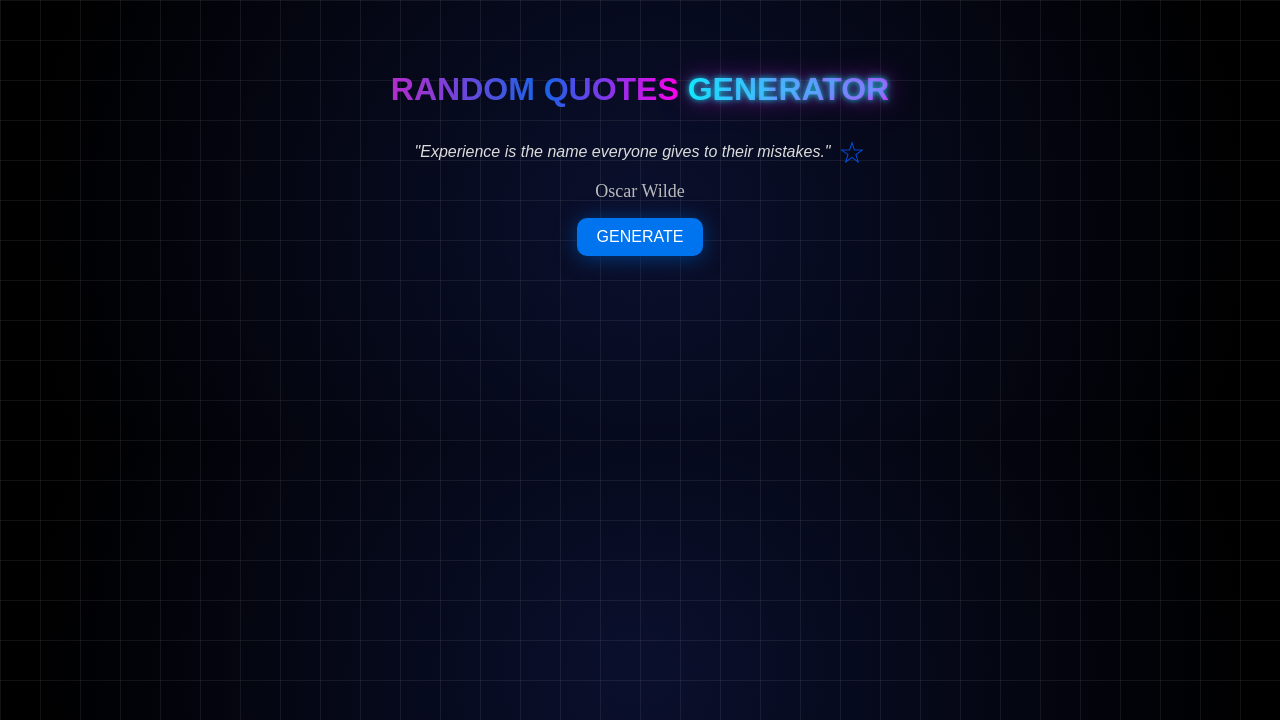
Repository: Adel-la/random-quotes
Page: index.html
An editor plug-in stored every save of this project. The page is shown before and after the next save, followed by the edit.
The browser window is 1280 px wide. The pictures show the whole page.

Above is the page before, as saved 2025-06-26 23:03:03.

### index.html
<!DOCTYPE html>
<html lang="ru">
<head>
  <meta charset="UTF-8" />
  <title>Random Quotes</title>
  <link rel="stylesheet" href="styles.css" />
</head>
<body>
  <main class="main">
    <h1 class="h1-title"> <span class="special-text">RANDOM QUOTES</span> <span class="neon-text">GENERATOR</span></h1>
    <div class="quote-container">
      <p id="quote" class="quote"></p>
      <button id="favorite" class="favorite">☆</button>
    </div>
    <p id="author" class="quote-author"></p>
    <button id="generate" class="btn">GENERATE</button>

    <div id="favorites-container" class="favorites-container"></div>
  </mainс>
  <script type="module" src="main.js"></script>
</body>
</html>

### styles.css

body {
  font-family: Arial, sans-serif;
  color: aliceblue;
  box-sizing: border-box;
  margin: 0;
  padding: 20px;
}

.favorites-container{
  max-width: 600px;
  margin: 50px auto;
  text-align: center;
}

.btn{
  padding: 10px 20px;
  font-size: 16px;
  background-color: #0073ee;
  color: #fff;
  border: none;
  cursor: pointer;
  border-radius: 10px;
  margin-top: 10px;
  transition: background-color 0.3s ease;
  box-shadow: 0 2px 20px rgb(0, 59, 127);
}

.btn:hover{
  background-color: #004691;
  transform: scale(1.05);
  transition: 0.2s;
  box-shadow: 0 2px 25px rgb(1, 90, 191);
}

.paragraph{
  background-color: #111111;
  border-radius: 5px;
  width: fit-content;
  padding: 5px;
  text-align: center;
  margin: 2px auto;
}

#quote::before,
#quote::after{
  content: '"';
}

.quote-container {
  display: inline-flex;
  align-items: center;
  justify-content: center;
  margin: 0 auto;
  border-radius: 5px;
  padding: 5px 10px;
}

/* Убираем фон из quote, чтобы весь блок (цитата + звезда) имел один фон */
.quote {
  margin: 0;
  padding: 0;
  font-style: italic;
  display: inline;
}

/* Звездочка вплотную к цитате */
.favorite {
  color: rgb(0, 89, 255);
  background-color: transparent;
  font-size: 30px;
  border: none;
  margin-left: 8px;
  cursor: pointer;
  padding: 0;


}

.favorite-card {
  border: 1px solid #333;
  border-left: 5px solid #047dff;
  padding: 12px 16px;
  margin: 12px ;
  border-radius: 12px;
  box-shadow: 0 2px 10px rgba(4, 125, 255, 0.1);
  transition: transform 0.2s ease, box-shadow 0.2s ease;
  position: relative;
  width: 225px;
  text-align: start;
  flex-shrink: 0;

}

.favorites-container {
  display: flex;
  flex-wrap: wrap;
  justify-content: center;
  gap: 10px;
}
.favorite-card:hover {
  transform: scale(1.02);
  box-shadow: 0 4px 15px rgba(4, 125, 255, 0.25);
}

.favorite-card .favorite-quote {
  font-style: italic;
  font-size: 16px;
  color: #ffffff;
  margin-bottom: 8px;
}

.favorite-card .quote-author {
  font-size: 14px;
  color: #bbbbbb;
  text-align: right;
}

.delete-btn {
  position: absolute;
  top: 0;
  right: 0;
  border: none;
  border-radius: 5px;
  color: white;
  background-color: transparent;
  cursor: pointer;
}

.delete-btn:hover {
  font-size: 15px;
  transition: 0.5s;
}

.quote-author{
  margin: 1px auto;
  width: fit-content;
  font-size: large;
  padding: 5px 15px;
  border-radius: 5px;
  font-family:'Times New Roman', Times, serif;
  color: #bababa;
}

.main{
  text-align: center;
  position: relative;
  border-radius: 12px;
  padding: 20px;
  margin: 50px auto;
  max-width: 600px;
  z-index: 1;
  margin-top: 10px;
}

body {
  background: radial-gradient(circle at center, #0a0f2c 0%, #0a0f2c 4%, #000000 90%);

  position: relative;
  overflow: hidden;
  color: #ddd;
}

/* Тонкая светлая сетка */
body::before {
  content: "";
  position: fixed;
  top: 0; left: 0; right: 0; bottom: 0;
  background-image:
    linear-gradient(rgba(255,255,255,0.07) 1px, transparent 1px),
    linear-gradient(90deg, rgba(255,255,255,0.07) 1px, transparent 1px);
  background-size: 40px 40px;
  pointer-events: none;
  z-index: 0;
}


.special-text{
   font-weight: bold;
  font-size: 32px;
  background: linear-gradient(90deg, rgba(183, 43, 204, 1) 0%, rgba(23, 100, 232, 1) 53%, rgb(252, 2, 235) 100%);
  -webkit-background-clip: text;
  -webkit-text-fill-color: transparent;
}

.neon-text{
  font-weight: bold;
  background: linear-gradient(90deg, #00faff, #ff00f7);
  -webkit-background-clip: text;
  -webkit-text-fill-color: transparent;
  text-shadow:
    0 0 5px rgba(0, 255, 255, 0.5),
    0 0 10px rgba(0, 255, 255, 0.5),
    0 0 20px rgba(255, 0, 255, 0.5),
    0 0 40px rgba(255, 0, 255, 0.3);
}

### main.js
import quotes from './src/data/quotes.js';
import { generateAndDisplayQuote } from './src/handlers/quote.js';
import {
  generateBtn,
} from './src/ui/dom.js';




// Показать первую цитату сразу при загрузке страницы
generateAndDisplayQuote(quotes);

// Кнопка "Сгенерировать цитату"
generateBtn.addEventListener('click', () => {
  generateAndDisplayQuote(quotes);
});

### src/data/quotes.js
// Quotes array with English programming quotes and initial favorite = false
import { setQuoteId } from "../handlers/utils.js";
const quotes = [
  {
    text: "Code is like humor. When you have to explain it, it’s bad.",
    author: "Cory House",
    isFavorite: false,
  },
  {
    text: "First, solve the problem. Then, write the code.",
    author: "John Johnson",
    isFavorite: false,
  },
  {
    text: "Experience is the name everyone gives to their mistakes.",
    author: "Oscar Wilde",
    isFavorite: false,
  },
  {
    text: "In order to be irreplaceable, one must always be different.",
    author: "Coco Chanel",
    isFavorite: false,
  },
  {
    text: "Java is to JavaScript what car is to Carpet.",
    author: "Chris Heilmann",
    isFavorite: false,
  },
  {
    text: "Simplicity is the soul of efficiency.",
    author: "Austin Freeman",
    isFavorite: false,
  },
  {
    text: "Code never lies, comments sometimes do.",
    author: "Ron Jeffries",
    isFavorite: false,
  },
  {
    text: "Programming isn’t about what you know; it’s about what you can figure out.",
    author: "Chris Pine",
    isFavorite: false,
  },
  {
    text: "Make it work, make it right, make it fast.",
    author: "Kent Beck",
    isFavorite: false,
  },
  {
    text: "Any fool can write code that a computer can understand. Good programmers write code that humans can understand.",
    author: "Martin Fowler",
    isFavorite: false,
  }
];

setQuoteId(quotes)
export default quotes;

### src/handlers/quote.js
import { chooseRandomQuote } from './utils.js';
import { setRandomQuote } from '../core/state.js';
import { showQuote } from '../ui/index.js';
import { quoteElement, authorElement, favoriteBtn } from '../ui/dom.js';

// Функция генерации и отображения случайной цитаты
export function generateAndDisplayQuote(quotes) {
  const quote = chooseRandomQuote(quotes);
  setRandomQuote(quote);
  showQuote(quote, quoteElement, authorElement, favoriteBtn);
}

### src/ui/dom.js
export const quoteElement = document.getElementById('quote');
export const authorElement = document.getElementById('author');
export const generateBtn = document.getElementById('generate');
export const favoriteBtn = document.getElementById('favorite');
export const favoritesContainer = document.getElementById('favorites-container');

### src/handlers/utils.js
// Генерация уникального 8-символьного hex ID (буквы и цифры)
 function generateHexId() {
  return Math.floor(Math.random() * 0xffffffff)
    .toString(16)
    .padStart(8, '0');
}

export function setQuoteId(quotes) {
  quotes.forEach(quote => {
    if (!quote.id) {
      quote.id = generateHexId();
    }
  });
}

// Функция выбора случайной цитаты из массива
export function chooseRandomQuote(quotes) {
  const index = Math.floor(Math.random() * quotes.length);
  return quotes[index];
}

### src/core/state.js
import { chooseRandomQuote } from '../handlers/utils.js';
import quotes from '../data/quotes.js';

let currentQuote = null;

// Функция для получения текущей цитаты
export function getRandomQuote() {
  if (!currentQuote) {
    currentQuote = chooseRandomQuote(quotes);
  }
  return currentQuote;
}

// Устанавливаем текущую цитату
export function setRandomQuote(quote) {
  currentQuote = quote;
}

### src/ui/index.js
import { updateFavoriteButton } from '../handlers/favorites.js';

// Функция для отображения цитаты и автора на странице
export function showQuote(quote, quoteElement, authorElement, favoriteBtn) {
  if (!quote) return;

  const { text, author, isFavorite } = quote;

  quoteElement.textContent = text;
  authorElement.textContent = author ? ` ${author}` : ' Unknown';

  updateFavoriteButton(isFavorite, favoriteBtn);
}

### src/handlers/favorites.js
import { favoritesContainer, favoriteBtn } from '../ui/dom.js';
import quotes from '../data/quotes.js';
import { getRandomQuote } from '../core/state.js';
import { setQuoteId } from './utils.js';


// Создаём карточку избранной цитаты и добавляем в контейнер
export function addFavoriteCard(quoteObj, container) {
  const card = document.createElement('div');
  card.id = quoteObj.id;
  card.classList.add('favorite-card');

  card.innerHTML = `
      <button class="delete-btn">🗑</button>
      <p class="favorite-quote">${quoteObj.text}</p>
      <span class="quote-author">– ${quoteObj.author}</span>
    `;

  container.appendChild(card);
}

// Удаляем карточку цитаты из избранного
export function removeCardOfFavorite(container, quote) {
  const cards = container.querySelectorAll('.favorite-card');
  cards.forEach((card) => {
    if (card.id === quote.id) {
      card.remove();
    }
  });
}

// Обновляем кнопку избранного (звёздочку)
export function updateFavoriteButton(isFavorite, button) {
  button.textContent = isFavorite ? '★' : '☆';
}

// Обработчик клика по кнопке удаления на карточке
export function handleDeleteClick(event, container, quotes, favoriteButton) {
  if (!event.target.classList.contains('delete-btn')) return;

  const card = event.target.closest('.favorite-card');
  if (!card) return;

  const quoteObj = quotes.find((q) => q.id === card.id);
  if (!quoteObj) return;

  console.log(quoteObj.id, card.id)
  if (card.id === getRandomQuote().id) {
    updateFavoriteButton(false, favoriteButton);
  }
  quoteObj.isFavorite = false;

  card.remove();
}

// Переключение состояния избранного цитаты
export function toggleFavorite(quote, container, button) {
  quote.isFavorite = !quote.isFavorite;
  updateFavoriteButton(quote.isFavorite, button);

  if (quote.isFavorite) {
    addFavoriteCard(quote, container);
  } else {
    removeCardOfFavorite(container, quote);
  }
}

// Настройка обработчиков избранного (звёздочка и удаление карточек)
export function setupFavoriteHandlers(favoritesContainer, favoriteBtn, quotes) {
  favoriteBtn.addEventListener('click', () => {
    const quote = getRandomQuote();
    if (!quote) return;
    toggleFavorite(quote, favoritesContainer, favoriteBtn);
  });

  favoritesContainer.addEventListener('click', (event) => {
    handleDeleteClick(event, favoritesContainer, quotes, favoriteBtn);
  });
}

// Инициализация обработчиков
setupFavoriteHandlers(favoritesContainer, favoriteBtn, quotes);

After the next save:
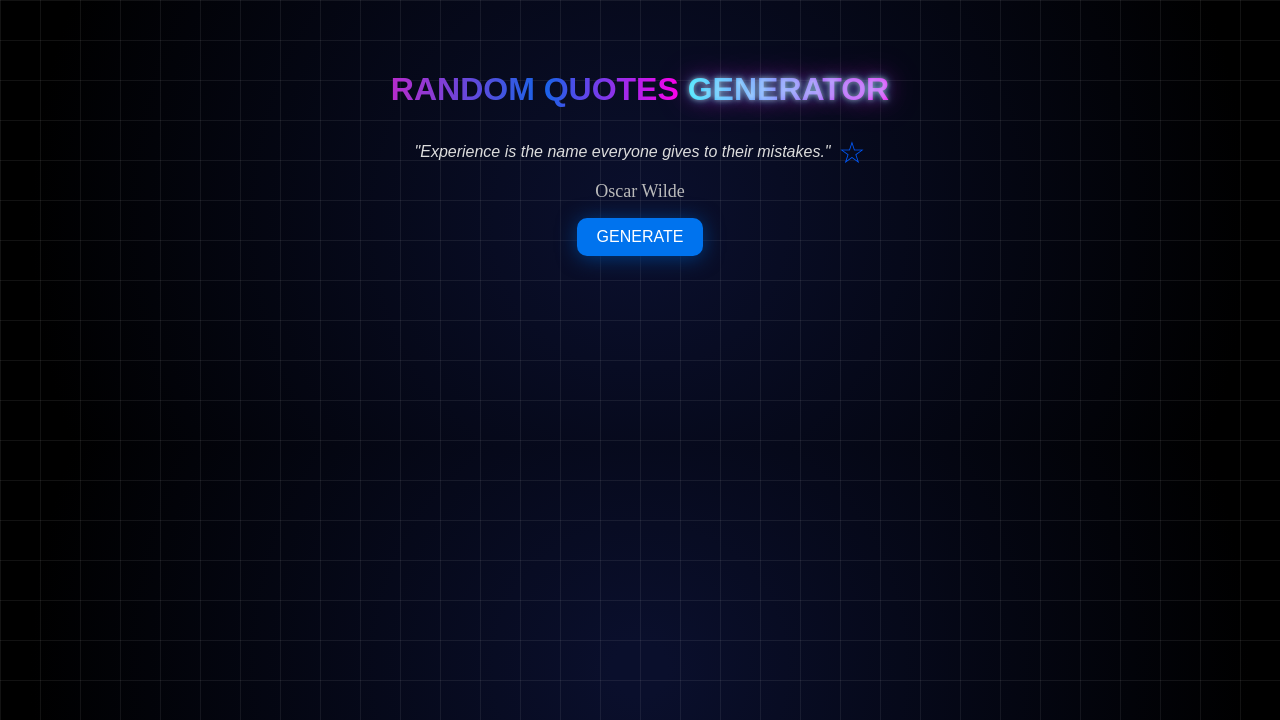
Saved 3 min 6 s later.
--- a/styles.css
+++ b/styles.css
@@ -189,7 +189,7 @@ body::before {
   -webkit-background-clip: text;
   -webkit-text-fill-color: transparent;
   text-shadow:
-    0 0 5px rgba(0, 255, 255, 0.5),
+    0 0 5px rgba(255, 255, 255, 0.5),
     0 0 10px rgba(0, 255, 255, 0.5),
     0 0 20px rgba(255, 0, 255, 0.5),
     0 0 40px rgba(255, 0, 255, 0.3);
